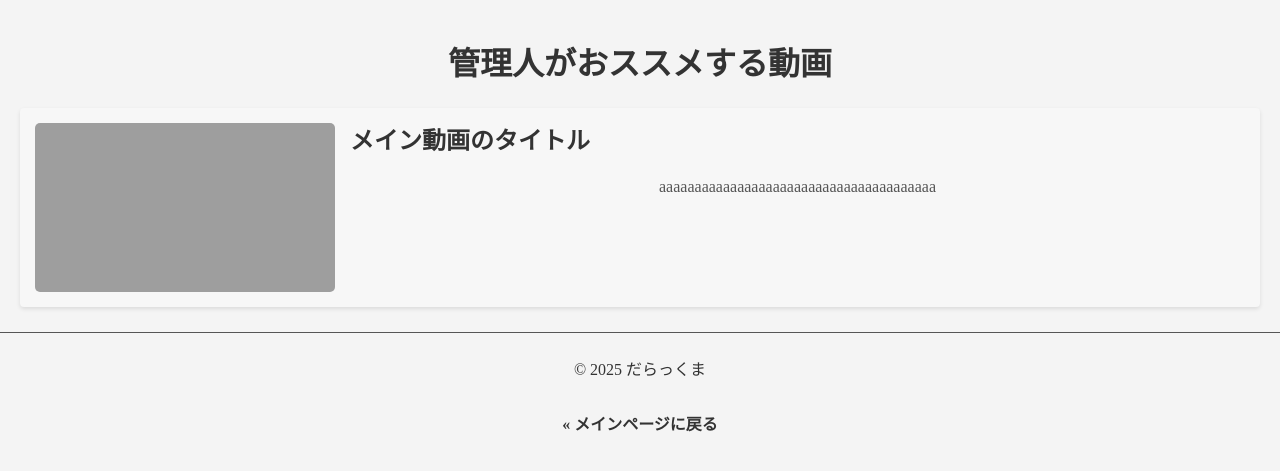
Repository: rydeen7907/html
Page: movie_link.html
The author's editor kept a copy of each file at every save. The page is drawn from the files as they stood at one save, then again after the next save.
The browser window is 1280 px wide. The pictures show the whole page.
Pictures or frames that could not be fetched are drawn as grey boxes.

Above is the page before, as saved 2025-04-29 18:32:39.

### movie_link.html
<!DOCTYPE html>
<html lang="ja">
<head>
    <meta charset="UTF-8">
    <meta name="viewport" content="width=device-width, initial-scale=1.0">
    <title>運営者お気に入りの動画リンク</title>
    <link rel="stylesheet" href="style.css">
</head>
<body>

<header>
    <h1>管理人がおススメする動画</h1>
</header>

<div class="video-item">
    <div class="video-flame">
        <iframe src="https://www.youtube.com/embed/VIDEO_ID" title="YouTube video player" frameborder="0" allow="accelerometer; autoplay; clipboard-write; encrypted-media; gyroscope; picture-in-picture; web-share" allowfullscreen></iframe>
    </div>

    <div class="video-info">
        <h3 class="video-title">メイン動画のタイトル</h3>
        <p class="video-description">aaaaaaaaaaaaaaaaaaaaaaaaaaaaaaaaaaaaaaa</p>
    </div>
</div>

<footer class="social-links">
    <p>&copy; 2025 だらっくま</p>
    <a href="index.html">&laquo; メインページに戻る</a>
</footer>

</body>
</html>

### style.css
/* 基本スタイル */
:root {
    /* 色の設定 */
    --text-color-dark: #333; /*  */
    --text-color-light: #555; /*  */
    --background-color: #f4f4f4; /*  */
    --background-color-scroll: aqua; /*  */
    --link-color: #333; /* リンクの色 */
    --link-color-hover: #ff8000; /* ホバー時のリンク色 */

/* タイポグラフィ */
    --font-family: Arial, sans-serif; /* フォントファミリー */
    --line-height-base: 1.5; /* 行間を調整 (例：1.5倍 px,%,emでも可能) */
    --font-size-small: 12px; /* フォントサイズを小さく */
    --font-size-base: 16px; /* 基本フォントサイズ */
    --font-size-large: 24px; /* 大きなフォントサイズ */
    --font-size-xlarge: 32px; /* 特大フォントサイズ */

/* 余白 */
    --margin-xs: 5px; /* 小さなマージン */
    --margin-s: 10px; /* 基本マージン */
    --margin-m: 15px; /* 中くらいのマージン */
    --margin-l: 20px; /* 大きなマージン */
    --margin-xl: 25px; /* 特大マージン */
    --margin-xxl: 40px; /* 特特大マージン */
    --margin-xxxl: 50px; /* 特特特大マージン */
}

body {
    margin: 0; /* ブラウザデフォルトのマージンをリセット */
    padding: 0; /* ブラウザデフォルトのパディングをリセット */
    padding-bottom: var(--margin-xxxl); /* ページ下部のパディングを追加 */
    font-family: var(--font-size-base);
    line-height: var(--line-height-base); /* 行間を読みやすく調整 (例：2.0倍 px,%,emでも可能) */
    color: var(--text-color-dark); /* 文字色を濃いグレーに設定 */
    background-color: var(--background-color); /* 背景色を薄いグレーに設定 */
}

/* ヘッダー */
.header-image {
    display: block; /* 中央配置のためブロック要素に */
    width: 100%;
    /* max-width: auto; は width: 100%; があれば不要 */
    height: 400px;
    margin: 0 auto; /* 上下のマージンは０、左右は自動で中央揃え */
    object-fit: cover; /* 画像のアスペクト比を維持、要素に合わせる */
}

/* 画像の説明文 */
.image-caption {
    padding-top: var(--margin-xs); /* 上部のパディングを追加 */
    padding-bottom: var(--margin-xs); /* 下部のパディングを追加 */
    padding-left: var(--margin-m);    /* 左側のパディングを追加 */
    padding-right: var(--margin-m); /* 右側のパディングを追加 */

    margin-top: var(--margin-xs); /* 上部のマージンを追加 */
    margin-bottom: var(--margin-xl); /* 下部のマージンを追加 */
    font-size: var(--font-size-small); /* フォントサイズを小さく */
    color: var(--text-color-light); /* 文字色を薄いグレーに */
    text-align: right; /* 右寄せ */
}

/* 画像キャプション内のリンク */
.image-caption a {
    color: inherit; /* リンクの色 */
    text-align: right;
    text-decoration: none; /* 下線を削除 */
}

.image-caption a:hover,
.image-caption a:focus {
    color: var(--link-color-hover); /* ホバー時のリンク色 */
    text-decoration: underline; /* 下線を追加 */
}

/* スクロールテキストコンテナ */
.scrolling-text-container {
    width: 100%; /* 幅 */
    height: 55px; /* 高さ */
    margin-bottom: var(--margin-xxl); /* 下部のマージンを追加 */
    padding-top: var(--margin-xs); /* 上部のパディングを追加 */
    padding-bottom: var(--margin-s); /* 下部のパディングを追加 */
    box-sizing: border-box; /* パディングとボーダーを含めたサイズ計算 */
    background-color: var(--background-color-scroll); /* 背景色をアクアに設定 */
    overflow: hidden; /* はみ出た部分を隠す */
}

/* スクロールテキスト */
.scrolling-text {
    display: inline-block; /* インラインブロック要素に設定 */
    margin: 0; /* コンテナ内でのマージンを削除 */
    padding-left: 100%; /* 開始位置を右側に設定 */
    font-size: var(--font-size-large); /* フォントサイズ */
    font-weight: bold; /* 太字に設定 */
    color: var(--text-color-dark); /* 文字色を濃いグレーに */
    white-space: nowrap; /* 折り返し禁止 */
    animation: scroll-left 25s linear infinite; /* アニメーションを適用 */
}

/* スクロールアニメーションの定義 */
@keyframes scroll-left {
    0% {
        transform: translateX(0); /* 開始位置 */
    }
    100% {
        /* テキスト自身の幅だけ左に移動させる */
        transform: translateX(-150%);
    }
}

/* メインコンテンツ */
h1 {
    margin: var(--margin-xxl) 0 var(--margin-l); /* 上下のマージンを追加 */
    font-size: var(--font-size-xlarge); /* フォントサイズ */
    font-weight: bold; /* 太字に設定 */
    text-align: center; /* 中央配置 */
    color: var(--text-color-dark); /* 文字色を濃いグレーに */
}

main h2 {
    margin-left: var(--margin-m); /* 左側のマージンを追加 */
    text-align: left; /* 左寄せ */
}

/* リンクリストのスタイル */
main .link-list {
    list-style: none;
    padding-left: 0;
    margin-left: var(--margin-s);
    text-align: left;
}

/* リストアイテム下の余白 */
main .link-list li {
    margin-bottom: var(--margin-xs); /* 各リンク間 縦方向の余白 */
}

/* 段落 p */
p {
    margin: var(--margin-m) 0 ; /* 上下のマージンを追加 */
    padding-bottom: var(--margin-s);
    text-align: center; /* 中央配置 */
    font-size: var(--font-size-base); /* フォントサイズ */
}

main p{
    margin-left: var(--margin-xxxl); /* 左側のマージンを追加 */
    text-align: left; /* 左寄せ */
    font-size: var(--font-size-base); /* フォントサイズ */
}

/* ページナビゲーション(横並び) */
.page-navigation {
    text-align: center; /* 中央配置 */
    margin-top: var(--margin-l);
    margin-bottom: var(--margin-l);
}

.page-navigation a {
    display: inline-block; /* インラインブロック要素に設定 */
    margin: 0 var(--margin-s); /* 左右のマージンを追加 */
    font-size: var(--font-size-base); /* フォントサイズ */
    font-weight: bold; /* 太字に設定 */
    /* text-align: center; /* 中央配置 */
    text-decoration: none; /* 下線を削除 */
    transition: color 0.3s; /* ホバー時の色変更にトランジションを追加 */
}

/* ホバー時のスタイル */
.page-navigation a:hover,
.page-navigation a:focus {
    color: var(--link-color-hover); /* ホバー時の文字色をオレンジに変更 */
    text-decoration: underline; /* 下線を追加 */
}

/* リンク a */
a {
    display: block;
    color: var(--link-color); /* 文字色を赤に */
    margin: var(--margin-s) auto; /* 上部のマージンを追加 */
    font-size: var(--font-size-base); /* フォントサイズ */
    font-weight: bold; /* 太字に設定 */
    text-align: left;
    text-decoration: none; /* 下線を削除 */
    transition: color 0.3s; /* ホバー時の色変更にトランジションを追加 */
}

/* ホバー時のスタイル */
a:hover,
a:focus { /* ホバーとフォーカス時に適用するスタイル */
    color: var(--link-color-hover); /* ホバー時の文字色をオレンジに変更 */
    text-decoration: underline; /* 下線を追加 */
}

/* SNS リンク */
.social-links {
    text-align: center;
    margin: var(--margin-xl) 0; /* 上下のマージンを追加 */
    padding-bottom: var(--margin-s); /* 上下のパディングを追加 */
    border-top: 1px solid var(--text-color-light); /* 上部に薄いグレーのボーダーを追加 */
    padding-top: var(--margin-s); /* 上部のパディングを追加 */
}

.social-links h2 {
    font-size: var(--font-size-base); /* フォントサイズ */
    color: var(--text-color-dark); /* 文字色を濃いグレーに */
    margin: var(--margin-s) 0; /* 上下のマージンを追加 */
    font-weight: normal; /* 太字に設定 */
}

.social-links ul {
    list-style: none; /* リストのマークを削除 */
    padding: 0; /* パディングを削除 */
    margin: 0; /* マージンを削除 */
}

.social-links li {
    display: inline-block; /* 横並び */
    margin: 0 var(--margin-s); /* 左右のマージンを追加 */
}

/* SNSリンク 固有のスタイル */
.social-links a {
    display: inline-block; /* クリック範囲を確保 */
    line-height: 1; /* 画像のベースラインを揃えるのに役立つ */
    /* color: var(--link-color); /* リンクの色 */
    text-decoration: none; /* 下線を削除 */
    /*font-size: var(--font-size-base); /* フォントサイズ */
    transition: opacity 0.5s; /* ホバー時の透明度変更 (テキスト：color 0.3s)*/
}

.social-icon {
    width: 48px; /* アイコンの幅 */
    height: 48px; /* アイコンの高さ */
    vertical-align: middle; /* 他のアイコンと並んだ場合の垂直配置を中央に */
    /*object-fit: cover; /* 画像のアスペクト比を維持、要素に合わせる */
}

/* ホバー時のスタイル */
.social-links a:hover,
.social-links a:focus {
    /* color: var(--link-color-hover); /* ホバー時の文字色をオレンジに変更 */
    /* text-decoration: underline; /* 下線を追加 */
    opacity: 0.7; /* ホバー時の透明度を変更 */
}

/* 動画コンテナのスタイル*/
.video-item {
    display: flex;
    align-items: flex-start;
    gap: 15px;
    margin: 20px; /* 上下左右のマージン 左右はautoで中央寄せ */
    max-width: 1280px;
    padding: 15px; /* 内側の余白 */
    background-color: #f7f7f7; /* 背景色を薄いグレーに設定 */
    border-radius: 4px; /* 角を丸める*/
    box-shadow: 0 2px 4px rgba(0, 0, 0, 0.1); /* 影を追加 */
}

/* 動画フレームのスタイル */
.video-frame {
    width: 100%; /* 動画フレームの幅 */
    flex-shrink: 0;
}

/* iframeのスタイル */
.video-flame iframe {
    width: 100%; /* .video-frame の幅に合わせる*/
    aspect-ratio: 16 / 9;
    display: block;
    border: none;
    border-radius: 5px;
}

.video-info{
    flex-grow: 1; /* 残りのスペースを占有 */
    text-align: left; /* 左寄せ */
}

/* 動画情報のスタイル */
/*.video-title .video-description {
    flex-grow: 1;
    text-align: left;
} */

/* 動画タイトルのスタイル*/
.video-title {
    margin-top: 0;
    margin-bottom: 10px;
    font-size: 24px;
    font-weight: bold;
}

/* 動画説明文 */
.video-description {
    color: #555;
    font-size: 16px;
    line-height: 1.6;
}

/* レスポンシブ対応 */
@media (max-width: 640px) {
    .video-item {
        flex-direction: column;
        align-items: stretch;
        max-width: 100%;
        margin: 20px auto;
        padding: 15px;
        gap: 10px;
    }

    .video-frame {
        width: 100%;
        flex-shrink: initial;
    }

    .video-title {
        font-size: 16px;
    }

    .video-description {
        font-size: 14px;
    }
}

After the next save:
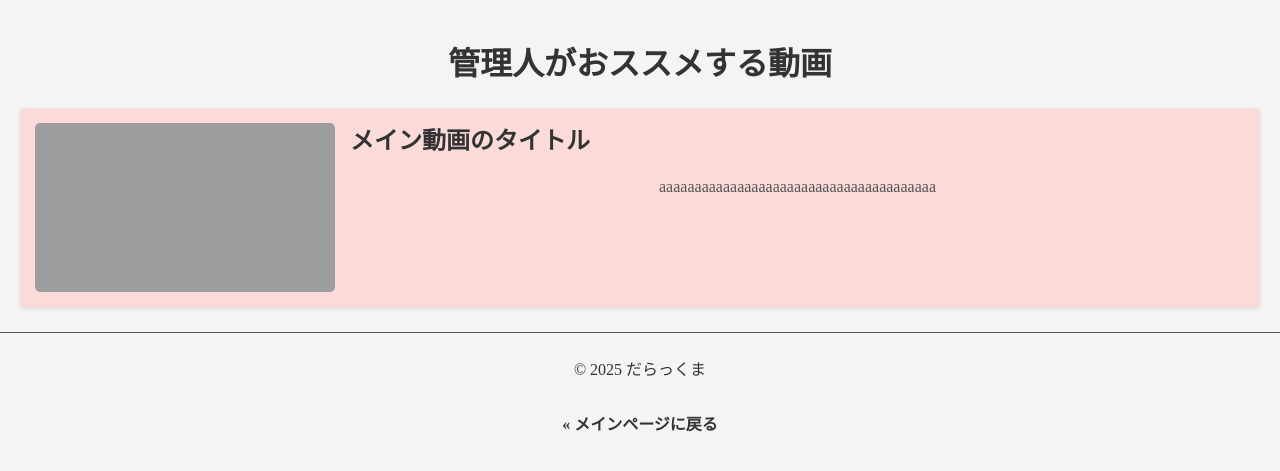
Saved 29 s later.
--- a/style.css
+++ b/style.css
@@ -252,7 +252,7 @@ a:focus { /* ホバーとフォーカス時に適用するスタイル */
     margin: 20px; /* 上下左右のマージン 左右はautoで中央寄せ */
     max-width: 1280px;
     padding: 15px; /* 内側の余白 */
-    background-color: #f7f7f7; /* 背景色を薄いグレーに設定 */
+    background-color: #fbdada; /* 背景色を薄いグレーに設定 */
     border-radius: 4px; /* 角を丸める*/
     box-shadow: 0 2px 4px rgba(0, 0, 0, 0.1); /* 影を追加 */
 }
